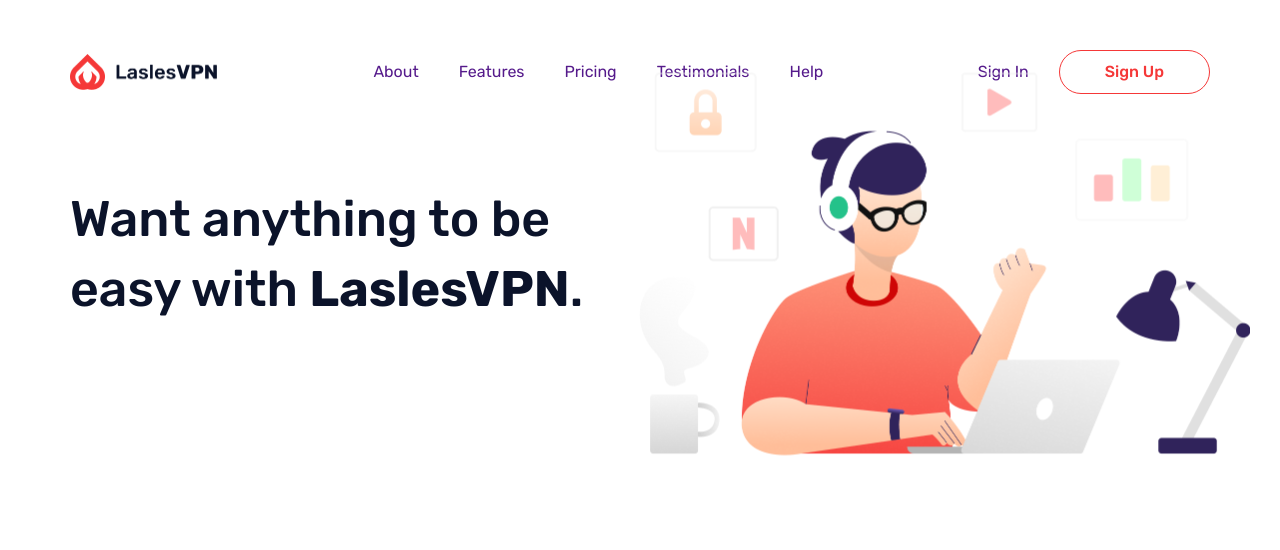
Repository: dangpham205/LaslesVPN-Landing-Page
Page: index.html
These files come from the project's save history. The page is drawn as it stood at one moment and after the next save; the edit follows.
The browser window is 1280 px wide. The pictures show the whole page.

Above is the page before, as saved 2022-07-19 19:46:46.

### index.html
<!DOCTYPE html>
<html lang="en">
<head>
    <meta charset="UTF-8">
    <meta http-equiv="X-UA-Compatible" content="IE=edge">
    <meta name="viewport" content="width=device-width, initial-scale=1.0">
    <title>Lasles</title>
    <link rel="preconnect" href="https://fonts.googleapis.com" />
    <link rel="preconnect" href="https://fonts.gstatic.com" crossorigin />
    <link
      href="https://fonts.googleapis.com/css2?family=Rubik:wght@400;500;700&display=swap"
      rel="stylesheet"
    />
    <link rel="stylesheet" href="./assets/css/style.css">
</head>
<body>
    <div class="wrapper">

        <!-- Menu -->
        <header class="menu">
            <div class="container">
                <div class="menu__container">
                    <img srcset="./assets/img/logo.png 2x" alt="" class="menu__logo" />
                    <div class="menu__list">
                        <div class="menu__item">
                            <a href="" class="menu__item-link">About</a>
                        </div>
                        <div class="menu__item">
                            <a href="" class="menu__item-link">Features</a>
                        </div>
                        <div class="menu__item">
                            <a href="" class="menu__item-link">Pricing</a>
                        </div>
                        <div class="menu__item">
                            <a href="" class="menu__item-link">Testimonials</a>
                        </div>
                        <div class="menu__item">
                            <a href="" class="menu__item-link">Help</a>
                        </div>
                    </div>
                    <div class="menu__buttons">
                        <a href="" class="menu__button--sign-in">Sign In</a>
                        <a href="" class="button button--outline menu__button--sign-up">Sign Up</a>
                    </div>
                </div>
            </div>
        </header>

        <main>
            <section class="hero">
                <div class="container">
                    <div class="hero__container">
                        <div class="hero__content">
                            <h1 class="hero__title heading">Want anything to be easy with <strong>LaslesVPN</strong>.</h1>
                        </div>
                        <div class="hero__image">
                            <img srcset="./assets/img/hero.png 2x" alt="">
                        </div>
                    </div>
                </div>
            </section>
        </main>

    </div>
</body>
</html>

### assets/css/style.css
html {
  box-sizing: border-box;
}

* {
  margin: 0;
  padding: 0;
}

*,
*:before,
*:after {
  box-sizing: border-box;
}

input,
textarea,
select,
button {
  outline: none;
}

input {
  line-height: normal;
}

label,
button {
  cursor: pointer;
}

a {
  text-decoration: none;
}

img {
  display: block;
  max-width: 100%;
}

ul {
  list-style: none;
}

body {
  line-height: 1;
  font-family: "Rubik", sans-serif;
  color: #4f5665;
  font-weight: 400;
  background-color: white;
}

button {
  cursor: pointer;
  outline: none;
  border: none;
  font-family: "Rubik", sans-serif;
}

.wrapper {
  max-width: 100%;
  margin: 0 auto;
}

.container {
  max-width: 1140px;
  margin: 0 auto;
}

.button {
  display: inline-block;
  padding: 13px 45px;
  border-radius: 100rem;
  font-family: "Rubik", sans-serif;
  line-height: 1;
  font-size: 16px;
  cursor: pointer;
  border: none;
  outline: none;
  text-align: center;
  white-space: nowrap;
}
.button--primary {
  font-weight: 700;
  background-color: #f53838;
  color: white;
}
.button--outline {
  background-color: transparent;
  color: #f53838;
  font-weight: 500;
  border: 1px solid;
}
.button--rounded {
  border-radius: 10px;
  padding: 22px 65px;
}
.button--rectangle {
  border-radius: 10px;
  min-width: 250px;
}
.button--shadow {
  position: relative;
}
.button--shadow:after {
  content: "";
  position: absolute;
  top: 0;
  left: 50%;
  width: 90%;
  height: 100%;
  transform: translate(-50%, 50%);
  background-color: rgba(245, 56, 56, 0.35);
  filter: blur(20px);
  border-radius: inherit;
  z-index: -1;
}

.boxed {
  max-width: 555px;
  margin-left: auto;
  margin-right: auto;
  text-align: center;
}

@media screen and (max-width: 767px) {
  .button {
    padding: 13px 26px;
  }
  .container {
    padding: 0 20px;
  }
}
@media screen and (max-width: 1024px) {
  .container {
    padding: 0 40px;
  }
}
h1,
h2,
h3,
h4,
h5,
h6 {
  color: #0b132a;
  font-weight: bold;
}

.heading {
  font-weight: 500;
  font-size: 35px;
  line-height: 1.4285714286;
  margin-bottom: 20px;
}

.heading-small {
  font-weight: 500;
  font-size: 18px;
  margin-bottom: 5px;
  line-height: 1.6666666667;
}

.text {
  line-height: 1.875;
}

.text-medium {
  font-weight: 500;
}

.text-small {
  font-size: 14px;
  line-height: 2.1428571429;
}

@media screen and (max-width: 767px) {
  .heading {
    font-size: 30px;
  }
}
.menu {
  padding-top: 50px;
  padding-bottom: 90px;
}
.menu__container {
  display: flex;
  justify-content: space-between;
  align-items: center;
}
.menu__list {
  display: flex;
}
.menu__item + .menu__item {
  margin-left: 40px;
}
.menu__buttons {
  display: flex;
  align-items: center;
}
.menu__button--sign-in {
  margin-right: 30px;
}

@media screen and (max-width: 1023.98px) {
  .menu__list {
    display: none;
  }
}
.hero {
  padding-bottom: 100px;
}
.hero__container {
  display: flex;
  justify-content: space-between;
  align-items: center;
  gap: 0 40px;
  position: relative;
}
.hero__content {
  max-width: 555px;
  width: 100%;
  margin-right: 40px;
}
.hero__title {
  font-weight: 500;
  font-size: 50px;
  line-height: 1.4;
  color: #0b132a;
}
.hero__desc {
  margin: 20px 0 50px 0;
}
.hero__image {
  position: absolute;
  right: 0;
  top: 50%;
  transform: translate(40px, -50%);
}

.info {
  margin-bottom: 95px;
}
.info__container {
  display: grid;
  grid-template-columns: repeat(3, 1fr);
  border-radius: 10px;
  min-height: 200px;
  box-shadow: 0 30px 50px 20px rgba(13, 16, 37, 0.05);
}
.info__item {
  display: flex;
  justify-content: center;
  align-items: center;
  position: relative;
}
.info__item:nth-child(2)::after {
  content: "";
  position: absolute;
  height: 126px;
  border-left: 2px solid #EEEFF2;
  left: 0;
}
.info__item:nth-child(2)::before {
  content: "";
  position: absolute;
  height: 126px;
  border-left: 2px solid #EEEFF2;
  right: 0;
}
.info__item-text {
  margin-left: 36px;
}
.info__item-title {
  margin-bottom: 5px;
  font-size: 25px;
  font-weight: 700;
  line-height: 1.2;
}
.info__item-desc {
  font-size: 20px;
  font-weight: 400;
  line-height: 1.5;
}

.feature {
  padding-bottom: 130px;
}
.feature__container {
  display: flex;
  justify-content: space-between;
  align-items: flex-end;
  gap: 0 170px;
}
.feature__title {
  max-width: 380px;
}
.feature__desc {
  max-width: 430px;
  margin-bottom: 20px;
}
.feature__list {
  display: flex;
  flex-direction: column;
  gap: 21px;
}
.feature__item {
  display: flex;
}
.feature__item-icon {
  margin-right: 10px;
}
.feature__item-text {
  line-height: 30px;
}

.plan {
  padding: 80px 0 150px 0;
  background-color: #f8f8f8;
}
.plan__header {
  display: flex;
  flex-direction: column;
  align-items: center;
  justify-content: center;
}
.plan__desc {
  max-width: 555px;
  text-align: center;
  margin-bottom: 60px;
}
.plan__list {
  display: grid;
  grid-template-columns: repeat(3, 1fr);
  gap: 0 50px;
}
.plan__item {
  display: flex;
  flex-direction: column;
  justify-content: center;
  align-items: center;
  background-color: white;
  padding: 80px 70px 50px;
  border-radius: 10px;
  border: 2px solid #DDDDDD;
}
.plan__item-image {
  margin-bottom: 30px;
  margin-left: auto;
  margin-right: auto;
}
.plan__item-title {
  margin-bottom: 30px;
}
.plan__item-details {
  margin-bottom: 50px;
  display: flex;
  flex-direction: column;
  gap: 10px 0;
}
.plan__item-detail {
  display: flex;
  gap: 0 25px;
  font-weight: 400;
  font-size: 14px;
  line-height: 30px;
  align-items: center;
}
.plan__item-price {
  margin-top: auto;
  margin-bottom: 20px;
}
.plan__item--active, .plan__item:hover {
  border-color: #f53838;
}
.plan__item--active .plan__item-btn, .plan__item:hover .plan__item-btn {
  background-color: #f53838;
  color: white;
}

.location {
  background-color: #f8f8f8;
  padding-bottom: 50px;
}
.location__container {
  display: flex;
  flex-direction: column;
  align-items: center;
  text-align: center;
}
.location__title {
  max-width: 380px;
}
.location__desc {
  max-width: 555px;
  margin-bottom: 150px;
}
.location__partners {
  display: flex;
  align-items: center;
  justify-content: center;
  gap: 0 30px;
}

.comment {
  background-color: #f8f8f8;
  padding-bottom: 260px;
}
.comment__container {
  display: flex;
  flex-direction: column;
  align-items: center;
  text-align: center;
}
.comment__title {
  max-width: 445px;
}
.comment__desc {
  max-width: 555px;
  margin-bottom: 60px;
}
.comment .customer-list {
  display: grid;
  grid-template-columns: repeat(3, 1fr);
  gap: 0 50px;
}
.comment .customer-item {
  border: 2px solid #ddd;
  border-radius: 10px;
  padding: 30px;
  margin: 0 25px;
}
.comment .customer-item.slick-current.slick-active {
  border-color: #f53838;
}
.comment .customer-top {
  margin-bottom: 20px;
  display: flex;
  justify-content: space-between;
  align-items: center;
  gap: 0 110px;
}
.comment .customer-info {
  display: flex;
  align-items: center;
  gap: 0 20px;
}
.comment .customer-avatar {
  width: 50px;
  height: 50px;
}
.comment .customer-avatar img {
  width: 100%;
  height: 100%;
  object-fit: cover;
  border-radius: 100rem;
}
.comment .customer-name {
  line-height: 1.6666666667;
  margin-bottom: 5;
}
.comment .customer-address {
  line-height: 1;
  text-align: start;
}
.comment .customer-rating {
  display: flex;
  align-items: center;
  gap: 0 10px;
}
.comment .customer .slick-track {
  display: flex;
  padding-bottom: 60px;
}
.comment .customer .slick-arrow {
  width: 60px;
  height: 60px;
  border-radius: 100rem;
  display: flex !important;
  justify-content: center;
  align-items: center;
  position: absolute;
  bottom: 0;
  transform: translateY(50%);
  z-index: 10;
}
.comment .customer .slick-prev {
  border: 1px solid #f53838;
  background-color: transparent;
  right: 80px;
}
.comment .customer .slick-next {
  background-color: #f53838;
  right: 0;
}
.comment .customer .slick-dots {
  list-style-type: none;
  display: flex;
  align-items: center;
  gap: 0 15px;
  transform: translateY(50%);
}
.comment .customer .slick-dots button {
  font-size: 0;
  background-color: #dde0e4;
  width: 15px;
  height: 15px;
  border-radius: 100rem;
  transition: all 0.2s linear;
}
.comment .customer .slick-dots .slick-active button {
  background-color: #f53838;
  width: 45px;
}

.subscribe {
  background-color: #dde0e4;
}
.subscribe__container {
  position: relative;
  transform: translateY(-50%);
  margin-bottom: -140px;
  display: flex;
  justify-content: space-between;
  align-items: center;
  padding: 58.5px 70px;
  border-radius: 10px;
  background-color: white;
}
.subscribe__title {
  max-width: 370px;
  font-size: 35px;
  line-height: 45px;
  font-weight: 500;
  color: #0b132a;
}
.subscribe__desc {
  line-height: 1;
}

footer {
  padding-top: 70px;
  padding-bottom: 100px;
  background-color: #dde0e4;
}

.footer__container {
  display: flex;
  justify-content: space-between;
  gap: 0 230px;
}
.footer__desc {
  width: 340px;
  line-height: 1.875;
  margin: 20px 0 30px 0;
}
.footer__copyright {
  color: #AFB5C0;
  font-weight: 500;
}
.footer__contacts {
  display: flex;
}
.footer__menu {
  display: flex;
  gap: 0 126px;
}
.footer__category {
  display: flex;
  flex-direction: column;
  gap: 10px 0;
}
.footer__category-title {
  font-size: 18px;
  margin-bottom: 10px;
  line-height: 1.6666666667;
}
.footer__category-option {
  width: max-content;
  font-size: 16px;
  line-height: 1.875;
}

/*# sourceMappingURL=style.css.map */

After the next save:
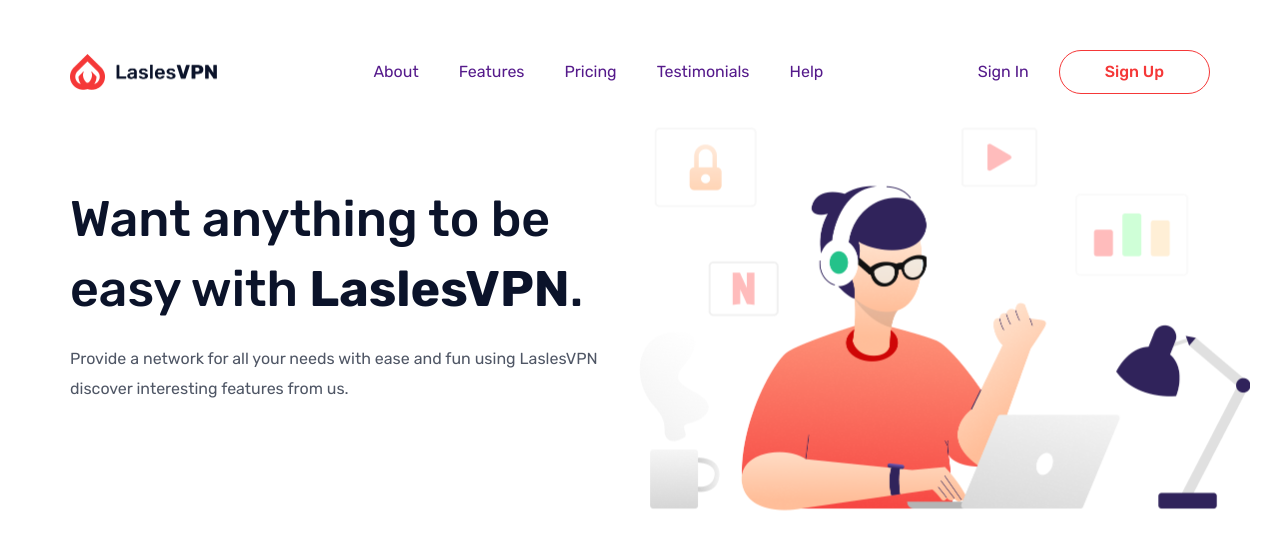
Saved 60 s later.
--- a/index.html
+++ b/index.html
@@ -51,7 +51,8 @@
                 <div class="container">
                     <div class="hero__container">
                         <div class="hero__content">
-                            <h1 class="hero__title heading">Want anything to be easy with <strong>LaslesVPN</strong>.</h1>
+                            <h1 class="hero__title">Want anything to be easy with <strong>LaslesVPN</strong>.</h1>
+                            <p class="hero__desc text">Provide a network for all your needs with ease and fun using LaslesVPN discover interesting features from us.</p>
                         </div>
                         <div class="hero__image">
                             <img srcset="./assets/img/hero.png 2x" alt="">
